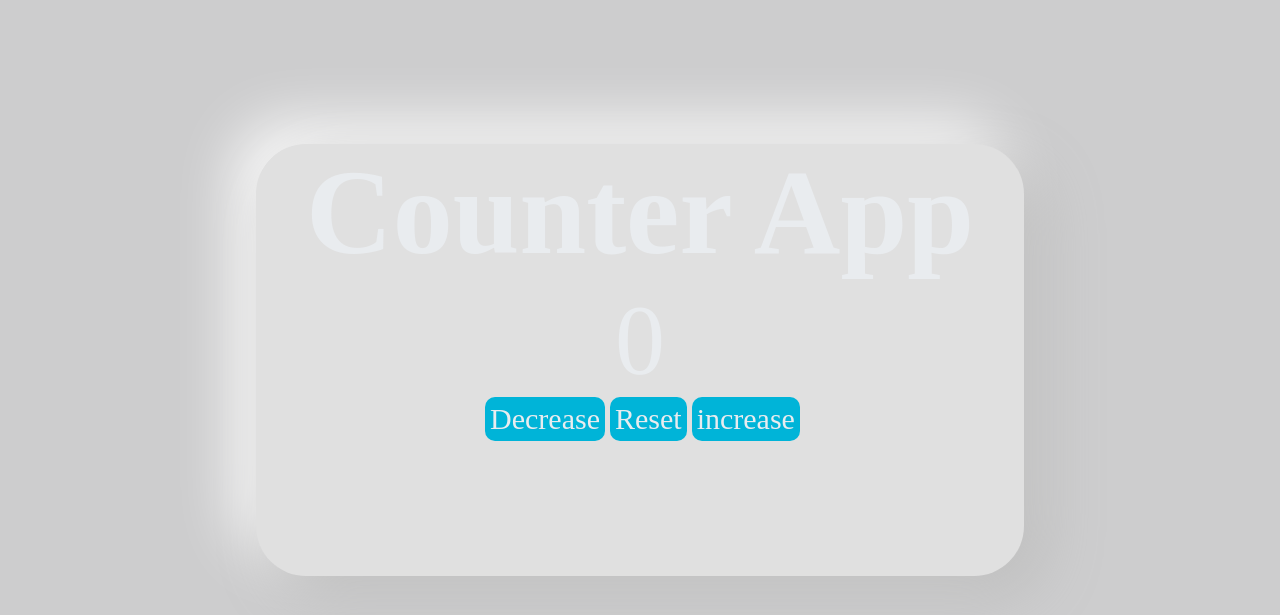
Repository: Yuukicoder/basicProject
Page: project2.html
These files come from the project's save history. The page is drawn as it stood at one moment and after the next save; the edit follows.
The browser window is 1280 px wide. The pictures show the whole page.
Some web fonts or font styles are not loaded; a fallback is used.

Above is the page before, as saved 2023-02-24 22:14:27.

After the next save:
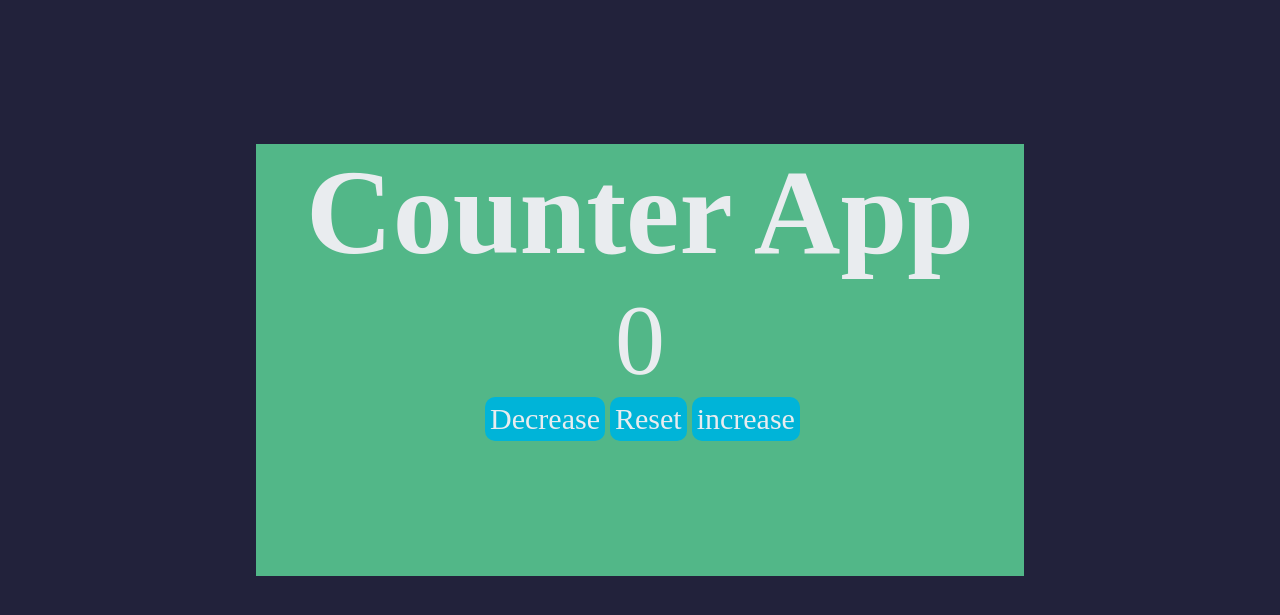
Saved 7 s later.
--- a/assets/css/project2.css
+++ b/assets/css/project2.css
@@ -10,7 +10,7 @@
   --text: #e9ecef;
 }
 body {
-  background-color: #cdcdce;
+  background-color: #22223b;
   height: 100vh;
   width: 100vw;
   display: flex;
@@ -21,9 +21,6 @@ body {
   width: 60%;
   height: 60%;
   background-color: #52b788;
-  border-radius: 50px;
-  background: #e0e0e0;
-  box-shadow: 20px 20px 60px #bebebe, -20px -20px 60px #ffffff;
 }
 h1,
 p {
